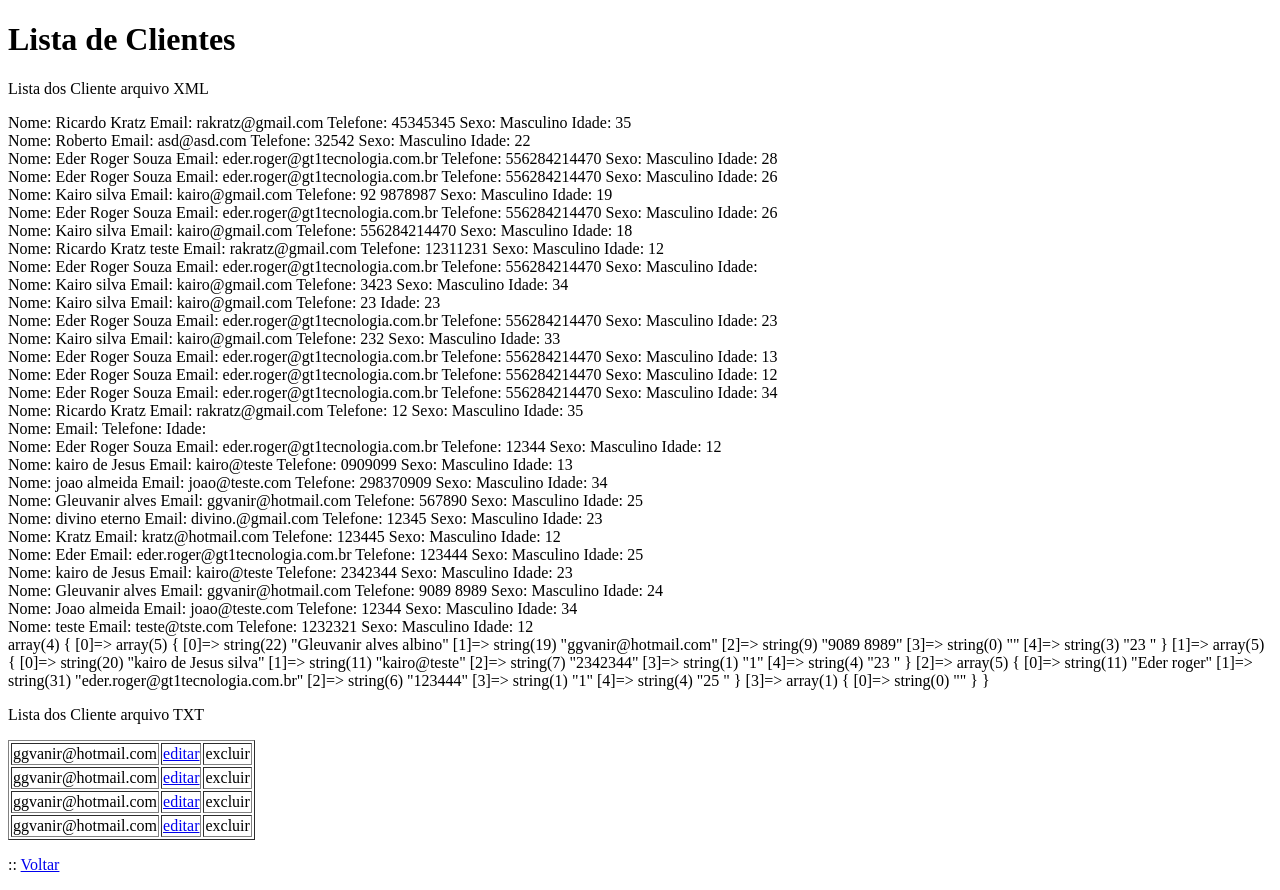
Repository: EderRoger/Faculdade
Page: http://localhost/listar.php
These files come from the project's save history. The page is drawn as it stood at one moment and after the next save; the edit follows.
The browser window is 1280 px wide. The pictures show the whole page.
The page is run by PHP 8.4 with error messages shown; the project is at /var/www/html/.

Above is the page before, as saved 2011-10-26 17:10:39.

After the next save:
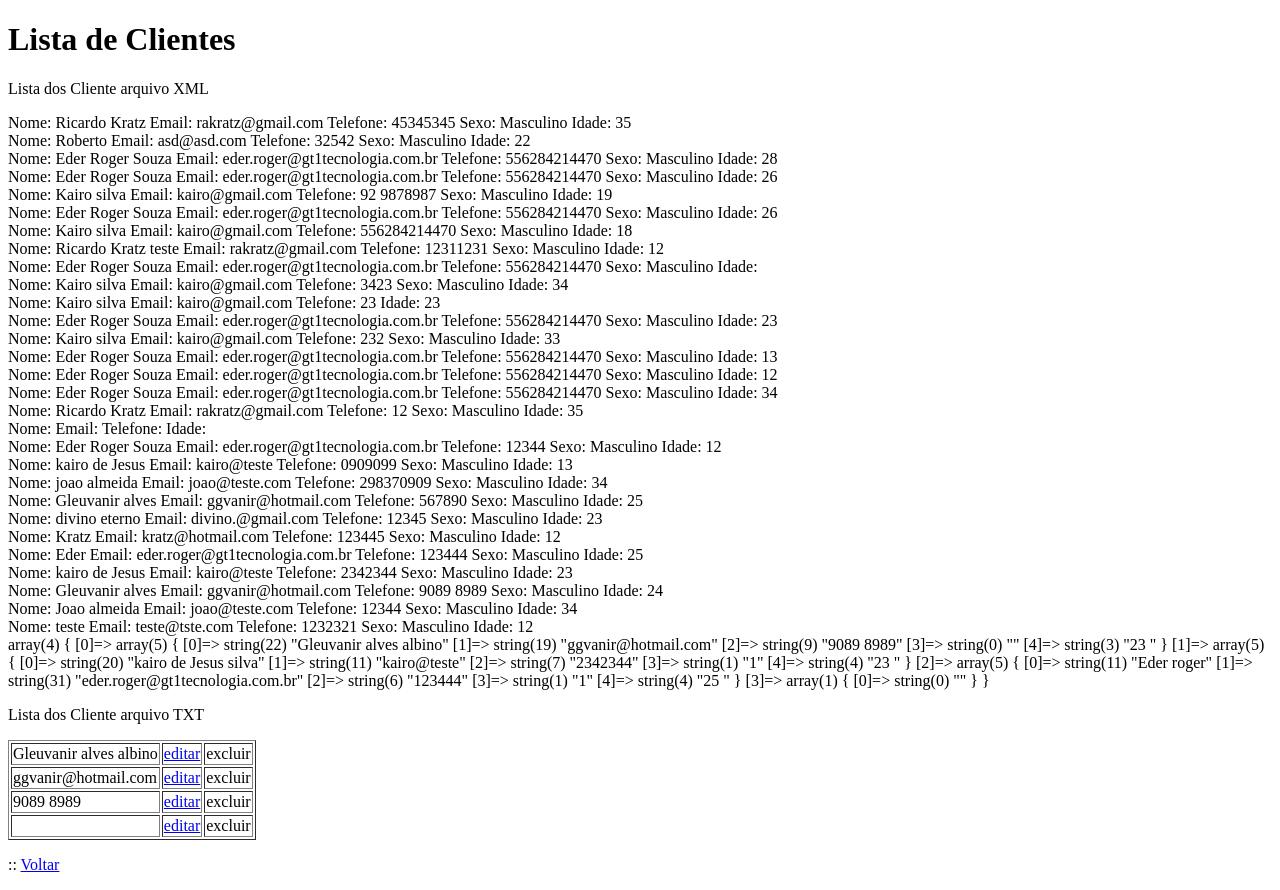
Saved 20 s later.
--- a/kratz/workspace/cadastro/listar.php
+++ b/kratz/workspace/cadastro/listar.php
@@ -51,7 +51,7 @@
 	?>
 	<tr>
 	 <td>
-		<?php   echo $dados[0][1]; ?>
+		<?php   echo $dados[0][$i]; ?>
 	 </td>
 	 <td><a href="index.php?nome=<?=$arrayCliente[$i]; ?>&idade=<?=$arrayCliente[$i]; ?>&email=<?=$arrayCliente[$i]; ?>&telefone=<?=$arrayCliente[$i]; ?>"> editar</a></td>
 	 <td>excluir</td>
